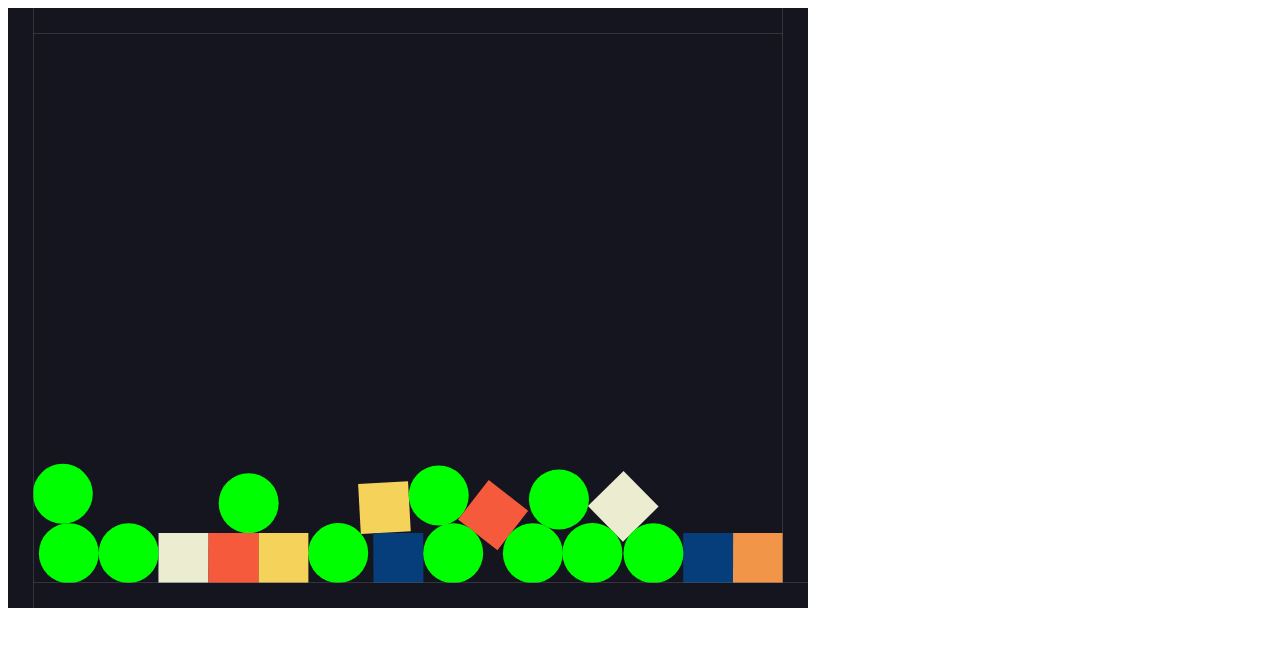
Repository: Sbethm/maze-runner
Page: index.html
The author's editor kept a copy of each file at every save. The page is drawn from the files as they stood at one save, then again after the next save.
The browser window is 1280 px wide. The pictures show the whole page.
Some web libraries are served in a nearby version.

Above is the page before, as saved 2021-10-04 10:08:40.

### index.html
<!DOCTYPE html>
<html lang="en">
<head>
    <meta charset="UTF-8">
    <meta http-equiv="X-UA-Compatible" content="IE=edge">
    <meta name="viewport" content="width=device-width, initial-scale=1.0">
    <script src="https://cdnjs.cloudflare.com/ajax/libs/matter-js/0.17.1/matter.min.js"></script>
    <title>Maze Runner</title>
</head>
<body>

    <script src="app.js"></script>
</body>
</html>

### app.js

//====== Building Canvas
const { Engine, World, Runner, Render, Bodies, MouseConstraint, Mouse} = Matter;

const width = 800;
const height = 600;

const engine = Engine.create();
const {world} = engine;
const render = Render.create({
    element: document.body,
    engine: engine,
    options: {
        wireframes: false,
        width,
        height
    }
});
Render.run(render);
Runner.run(Runner.create(), engine);

World.add(world, MouseConstraint.create(engine, {
    mouse: Mouse.create(render.canvas)
}));

//====== Random Shapes in Canvas
for(let i = 0; i < 20; i++) {
    if(Math.random() > 0.5) {
        World.add(world, Bodies.rectangle(Math.random() * width, Math.random() * height, 50, 50));
    } else {
        World.add(world, Bodies.circle(Math.random() * width, Math.random() * height, 30, {
            render: {
                fillStyle: 'lime'
            }
        }));
    }
}

//====== Walls of Canvas
const walls = [
    Bodies.rectangle(400, 0, 800, 50, {isStatic: true}),
    Bodies.rectangle(800, 300, 50, 600, {isStatic: true}),
    Bodies.rectangle(400, 600, 800, 50, {isStatic: true}),
    Bodies.rectangle(0, 300, 50, 600, {isStatic: true})
];

World.add(world, walls);

After the next save:
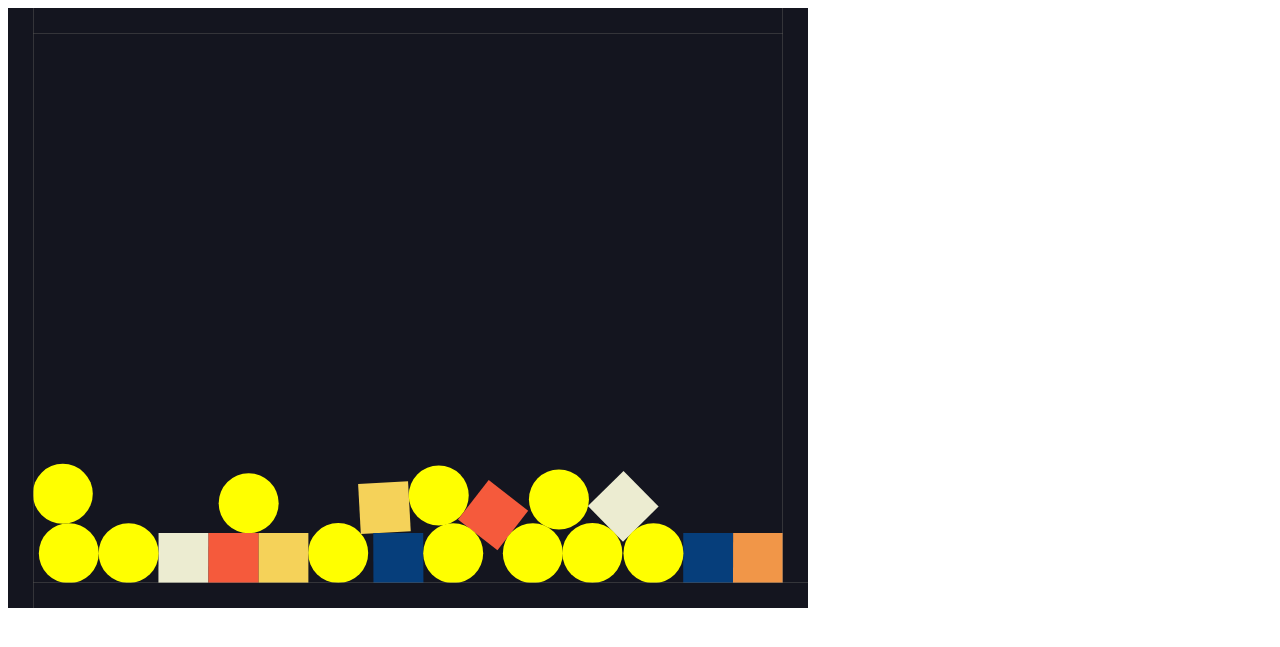
Saved 8 s later.
--- a/app.js
+++ b/app.js
@@ -30,7 +30,7 @@ for(let i = 0; i < 20; i++) {
     } else {
         World.add(world, Bodies.circle(Math.random() * width, Math.random() * height, 30, {
             render: {
-                fillStyle: 'lime'
+                fillStyle: 'yellow'
             }
         }));
     }
